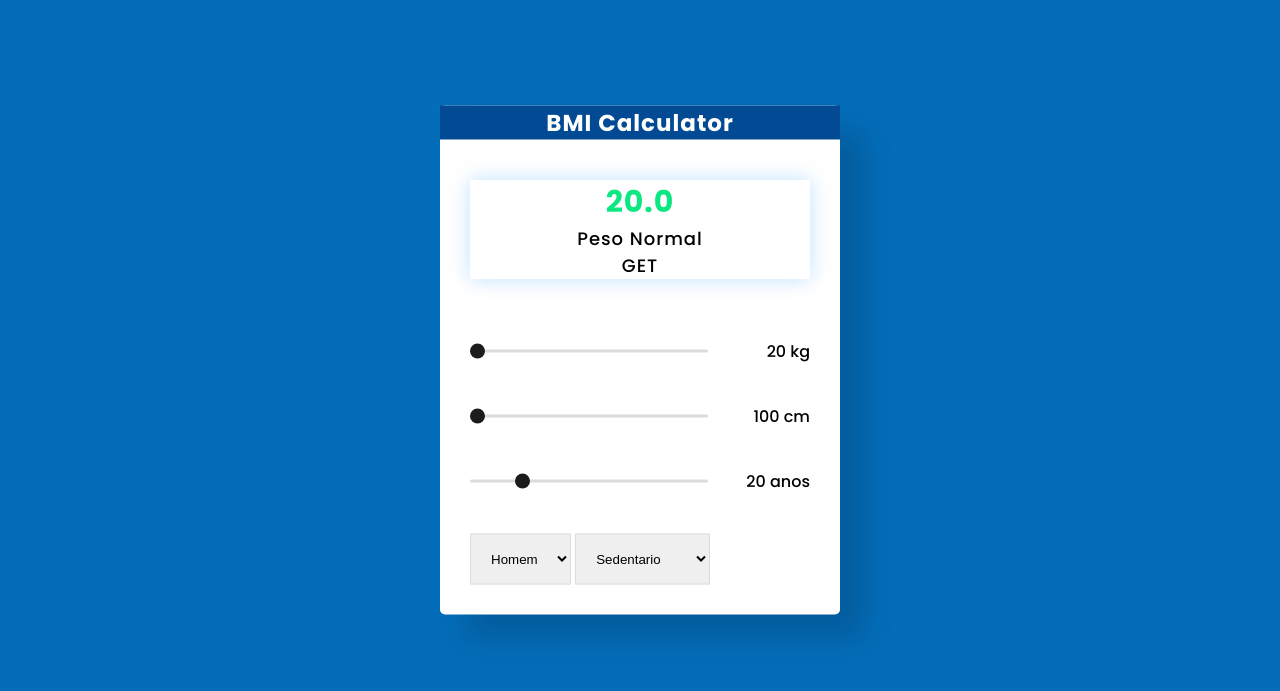
Repository: Gianlucas94/Calculadora-IMCGET
Page: index.html
The author's editor kept a copy of each file at every save. The page is drawn from the files as they stood at one save, then again after the next save.
The browser window is 1280 px wide. The pictures show the whole page.

Above is the page before, as saved 2023-05-05 13:33:40.

### index.html
<!DOCTYPE html>
<html lang="en">
<head>
    <title>BMI Calculator</title>
    <!--Google Font-->
    <link rel="preconnect" href="https://fonts.gstatic.com">
    <link href="https://fonts.googleapis.com/css2?family=Poppins:wght@500;700&display=swap" rel="stylesheet">
    <!--Stylesheet-->
    <style media="screen">
    	*,
*:before,
*:after{
    padding: 0;
    margin: 0;
    box-sizing: border-box;
}
body{
    height: 100vh;
    background: #046db9;
}
.container{
    background-color: #ffffff;
    padding: 30px 30px;
    width: 400px;
    position: absolute;
    transform: translate(-50%,-50%);
    top: 50%;
    left: 50%;
    border-radius: 5px;
    font-family: 'Poppins',sans-serif;
    box-shadow: 25px 25px 30px rgba(0,0,0,0.15);
}
.container h1{
	background: #024b94;
	color: white;
	text-align: center;
	font-size: 23px;
	letter-spacing: 1px;
	margin-top: -30px;
	margin-left: -30px;
	margin-right: -30px;
	margin-bottom: 40px;
}
.row{
    display: flex;
    align-items: center;
    justify-content: space-between;
    margin-bottom: 40px;
}
.row span{
    font-weight: 500;
}
input[type="range"]{
    width: 70%;
    height: 3.5px;
    -webkit-appearance: none;
    appearance: none;
    background-color: #dcdcdc;
    border-radius: 3px;
    outline: none;
}
input[type="range"]::-webkit-slider-thumb{
    -webkit-appearance: none;
    appearance: none;
    height: 15px;
    width: 15px;
    background-color: #1c1c1c;
    border-radius: 50%;
    cursor: pointer;
}
input [type="range"]{
        -webkit-appearance: none;
    appearance: none;
    height: 15px;
    width: 15px;
    background-color: #1c1c1c;
    border-radius: 50%;
    cursor: pointer;
}
input[type="select"]{
  margin: 0px;
  margin-top: 12px;
  height: 48px;
  width: 100%;
  border-width: 1px;
  border-style: solid;
  border-color: #666666;
  padding: 9px;
  font-family: tescoregular;
  font-size: 16px;
  color: #666666;
  -webkit-appearance: none;
  -webkit-border-radius: 0px;
  -moz-appearance: none;
  appearance: none;
  background: url('yoururl/dropdown.png') no-repeat 97% 50% #ffffff;
  background-size: 11px 7px;
}

select {
  padding: 16px;
  border: 1px solid #ddd;
}

#result{
    font-size: 30px;
    font-weight: 700;
    letter-spacing: 1px;
    text-align: center;
    color: #0be881;
}
#category{
    font-size: 18px;
    text-align: center;
    letter-spacing: 1px;
}
#GET{
    font-size: 18px;
    text-align: center;
    letter-spacing: 1px;
}
.display{
box-shadow: 0 0 20px rgba(0,139,253,0.25);
margin-bottom: 60px;
}
    </style>
</head>
<body>
    <div class="container">
			<h1>BMI Calculator</h1>
			<div class="display">
				        <p id="result">20.0</p>
				        <p id="category">Peso Normal</p>
                        <p id="GET">GET</p>
			</div>
        <div class="row">
            <input type="range" min="20" max="200" value="20" id="weight" oninput="calculate()">
            <span id="weight-val">20 kg</span>
        </div>
        <div class="row">
            <input type="range" min="100" max="250" value="100" id="height" oninput="calculate()">
            <span id="height-val">100 cm</span>
        </div>
        <div class="row">
            <input type="range" min="0" max="100" value="20" id ="age" oninput="calculate()">
            <span id="age-val">20 anos</span>
        </div>
        <div class="select">
            <select id="gender" oninput="calculate()">
                <option>Homem</option>
                <option>Mulher</option>
            </select>
            <select id="nivel-atividade" oninput="calculate()">
                <option>Sedentario</option>
                <option>Leve</option>
                <option>Moderado</option>
                <option>Intenso</option>
                <option>Muito Intenso</option>
        </div>


    </div>

    <!--Script-->
    <script type="text/javascript">
function calculate(){
    var bmi;
    var result = document.getElementById("result");

    var weight = parseInt(document.getElementById("weight").value);
    document.getElementById("weight-val").textContent = weight + " kg";

    var height = parseInt(document.getElementById("height").value);
    document.getElementById("height-val").textContent = height + " cm";

    var age = parseInt(document.getElementById("age").value);
    document.getElementById("age-val").textContent = age + " anos";

    var gender = document.getElementById("gender").value;

    bmi = (weight / Math.pow( (height/100), 2 )).toFixed(1);
    result.textContent = bmi;

    if(bmi < 18.5){
        category = "Abaixo do Peso 😒";
        result.style.color = "#ffc44d";
    }
    else if( bmi >= 18.5 && bmi <= 24.9 ){
        category = "Peso normal 😍";
        result.style.color = "#0be881";
    }
    else if( bmi >= 25 && bmi <= 29.9 ){
        category = "Acima do peso 😮";
        result.style.color = "#ff884d";
    }
    else{
        category = "Obeso 😱";
        result.style.color = "#ff5e57";
    }
    document.getElementById("category").textContent = category;

        var nivelAtividade = document.getElementById("nivel-atividade").value;


        var fatorAtividade = 1.2;
        switch(nivelAtividade) {
          case "Sedentario":
            fatorAtividade = 1.2;
            break;
          case "Leve":
            fatorAtividade = 1.375;
            break;
          case "Moderado":
            fatorAtividade = 1.55;
            break;
          case "Intenso":
            fatorAtividade = 1.725;
            break;
          case "Muito intenso":
            fatorAtividade = 1.9;
            break;
        }

        var tmb;
        if (gender === "Homem") {
          tmb = 66.5 + (13.75 * weight) + (5.003 * height) - (6.75 * age);
        } else {
          tmb = 655.1 + (9.563 * weight) + (1.850 * height) - (4.676 * age);
        }

        var get = tmb * fatorAtividade;

        var resultadoDiv = document.getElementById("GET");
        resultadoDiv.innerHTML = "GET de: " + get.toFixed(2) + " Kcal por dia.";


}

</script>
</body>
</html>

After the next save:
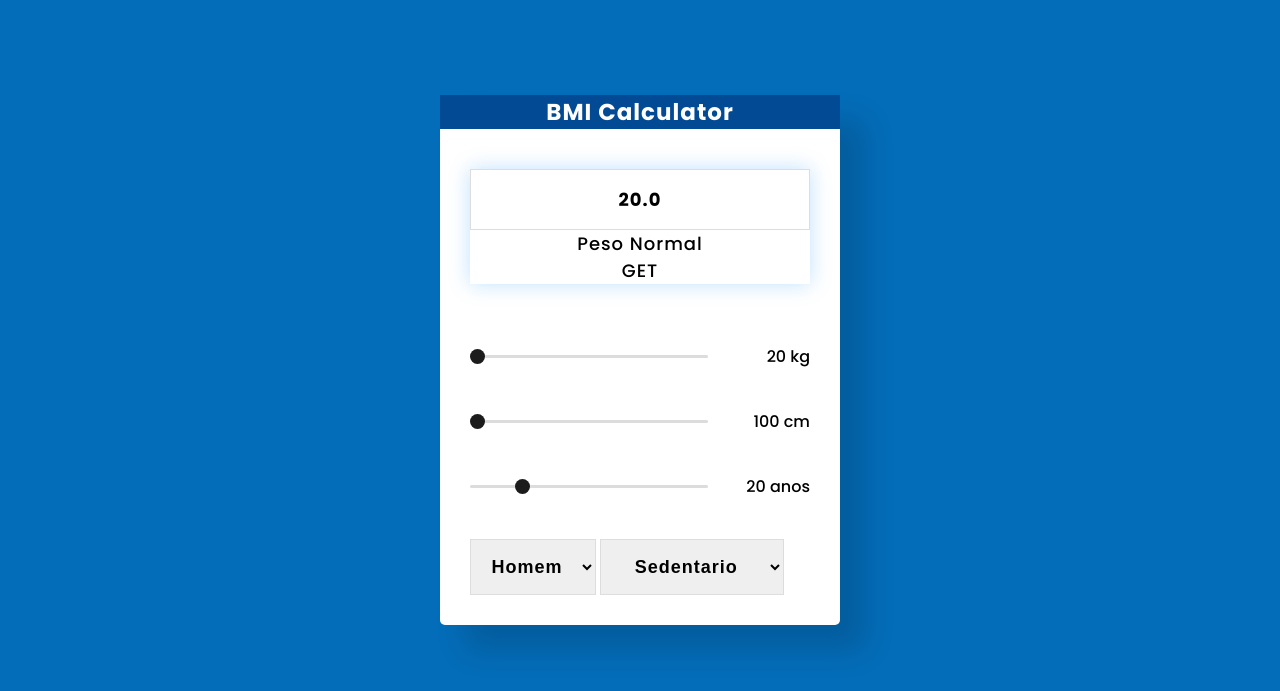
Saved 16 s later.
--- a/index.html
+++ b/index.html
@@ -77,37 +77,23 @@ input [type="range"]{
     border-radius: 50%;
     cursor: pointer;
 }
-input[type="select"]{
-  margin: 0px;
-  margin-top: 12px;
-  height: 48px;
-  width: 100%;
-  border-width: 1px;
-  border-style: solid;
-  border-color: #666666;
-  padding: 9px;
-  font-family: tescoregular;
-  font-size: 16px;
-  color: #666666;
-  -webkit-appearance: none;
-  -webkit-border-radius: 0px;
-  -moz-appearance: none;
-  appearance: none;
-  background: url('yoururl/dropdown.png') no-repeat 97% 50% #ffffff;
-  background-size: 11px 7px;
-}
 
 select {
   padding: 16px;
   border: 1px solid #ddd;
+      font-weight: 700;
+    font-size: 18px;
+    text-align: center;
+    letter-spacing: 1px;
 }
 
 #result{
-    font-size: 30px;
-    font-weight: 700;
-    letter-spacing: 1px;
-    text-align: center;
-    color: #0be881;
+  padding: 16px;
+  border: 1px solid #ddd;
+      font-weight: 700;
+    font-size: 18px;
+    text-align: center;
+    letter-spacing: 1px;
 }
 #category{
     font-size: 18px;
